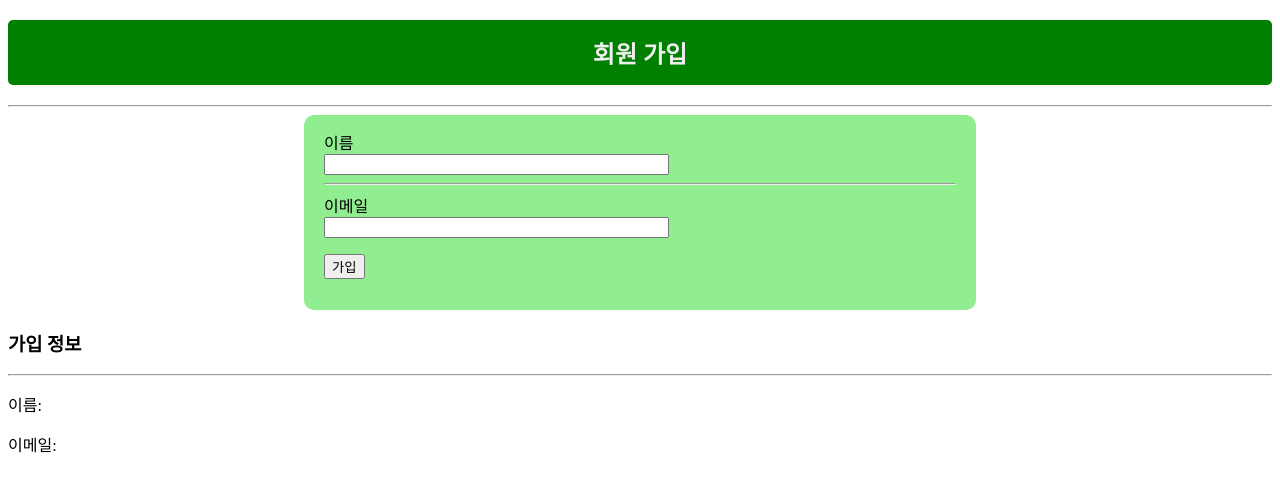
Repository: kiyongee2/kh-jsp
Page: http://localhost/jwbook/validation/joinForm.jsp
An editor plug-in stored every save of this project. The page is shown before and after the next save, followed by the edit.
The browser window is 1280 px wide. The pictures show the whole page.
The page is served by Tomcat 9.

Above is the page before, as saved 2023-11-23 21:19:51.

After the next save:
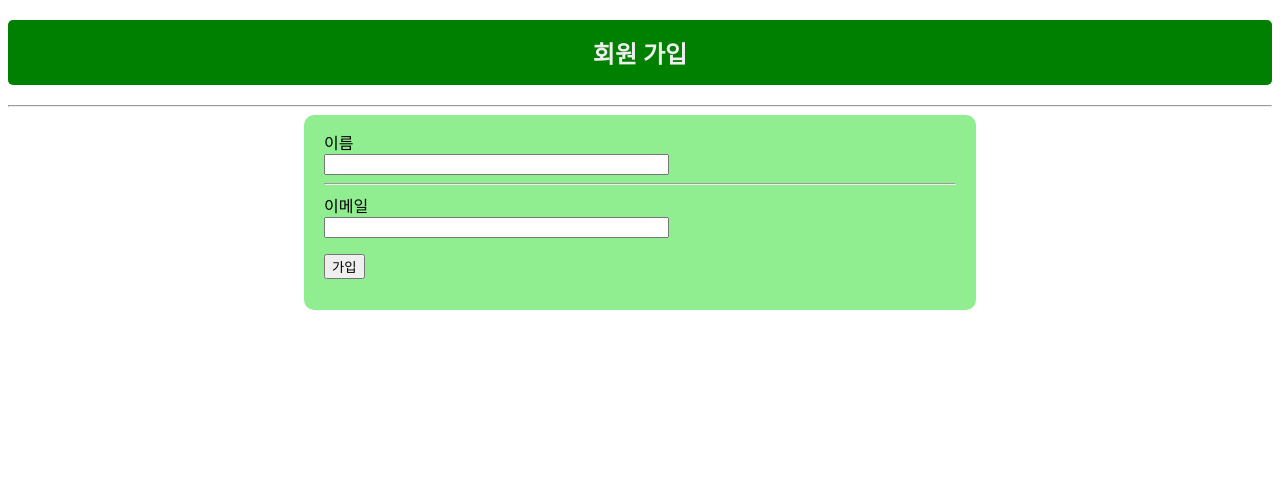
Saved 12 s later.
--- a/jwbook/src/main/webapp/validation/joinForm.jsp
+++ b/jwbook/src/main/webapp/validation/joinForm.jsp
@@ -46,8 +46,9 @@
 		<p>이름: <span id="rname"></span></p>
 		<p>이메일: <span id="rmail"></span></p>
 	</div>
-	<!-- <script>
+
+	<script>
 		document.getElementById('result').style.display = "none";
-	</script> -->
+	</script>
 </body>
 </html>
